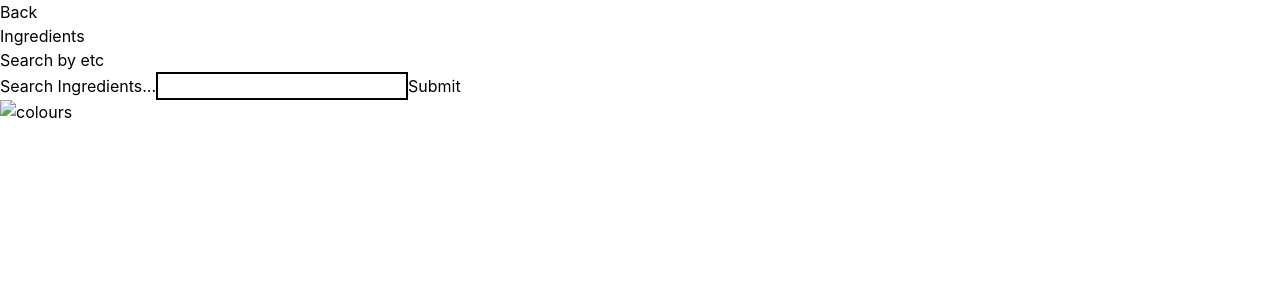
Repository: thais-chen/Meal
Page: /ingredients (app in meal-plan/)
The author's editor kept a copy of each file at every save. The page is drawn from the files as they stood at one save, then again after the next save.
The browser window is 1280 px wide. The pictures show the whole page.
The project was rebuilt for these pictures with package versions that can differ from the ones it lists, and the page was loaded fresh each time. The framework's server and built-in components were replaced by stand-ins that run in the browser. Also part of the build but not shown: meal-plan/next.config.js, meal-plan/comps/Grid.js.

Above is the page before, as saved 2022-08-10 18:02:37.

After the next save:
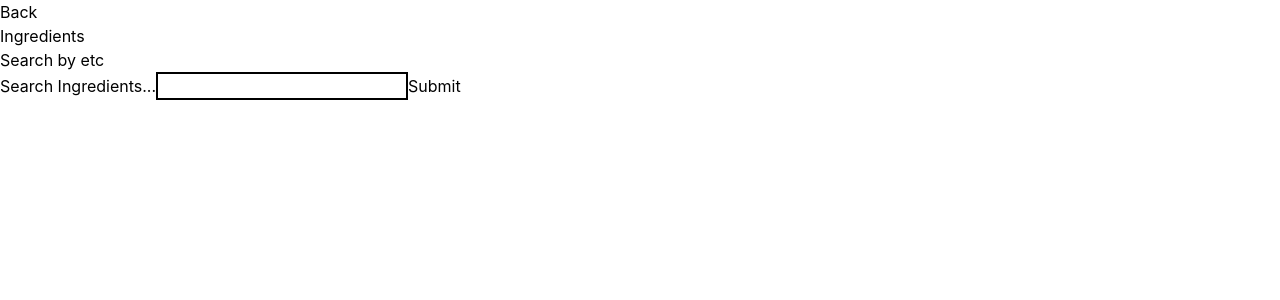
Saved 98 s later.
--- a/meal-plan/comps/Form.js
+++ b/meal-plan/comps/Form.js
@@ -10,8 +10,7 @@ const Form = (props) => {
         <input value={props.value} onChange={props.onChange} />
       </label>
       <button onClick={props.clicked}>Submit</button>
-      <img src={props.imgsrc} alt="colours" />
-    </>
+     </>
   );
 };
 export default Form;
